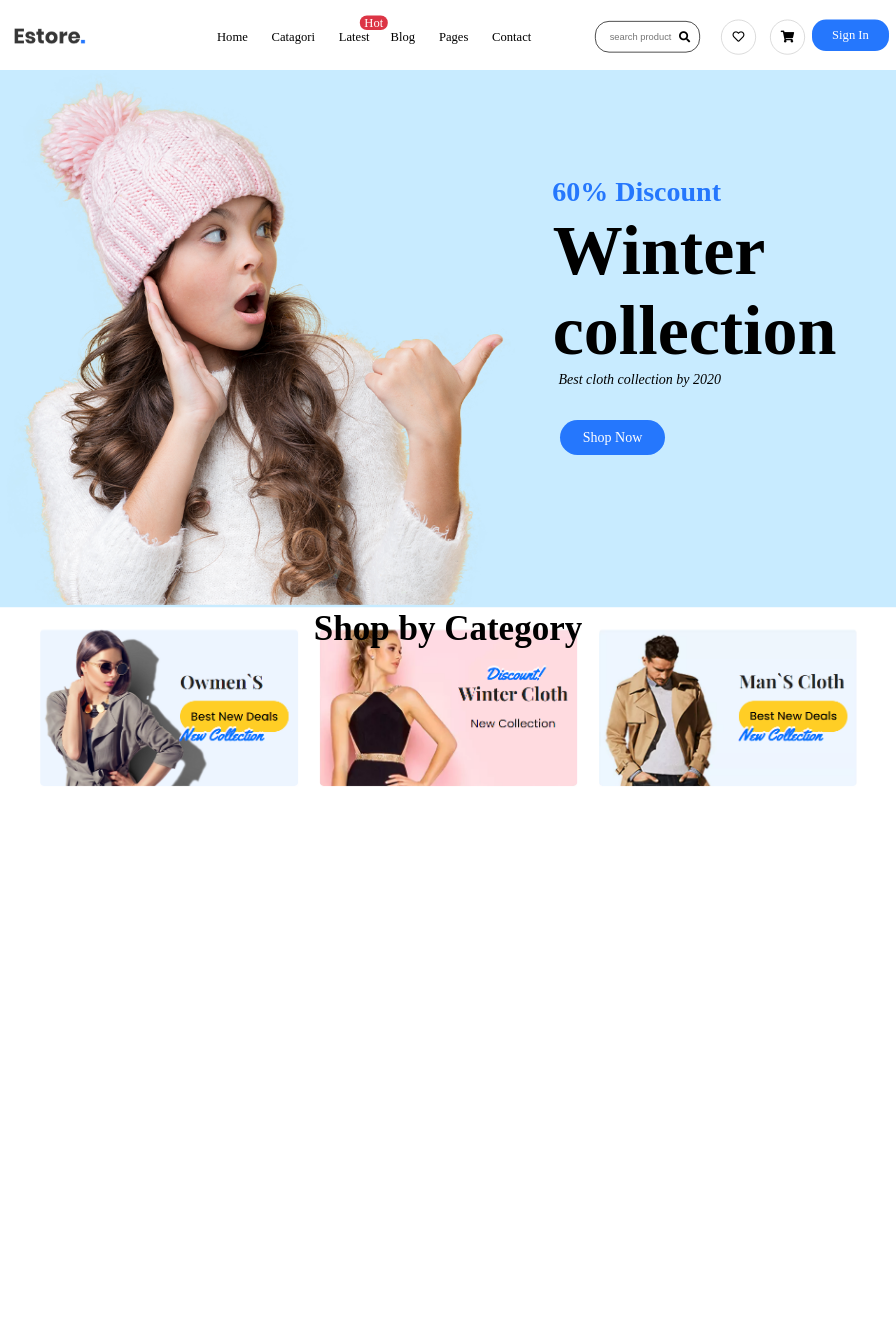
Repository: nhutduy0803/template1
Page: index.html
The author's editor kept a copy of each file at every save. The page is drawn from the files as they stood at one save, then again after the next save.
The browser window is 1280 px wide. The pictures show the part of the page from y = 0 to 1920 px (the page is 3868 px tall before and 3918 px after), at 70% of full size.

Above is the page before, as saved 2021-12-03 20:08:57.

After the next save:
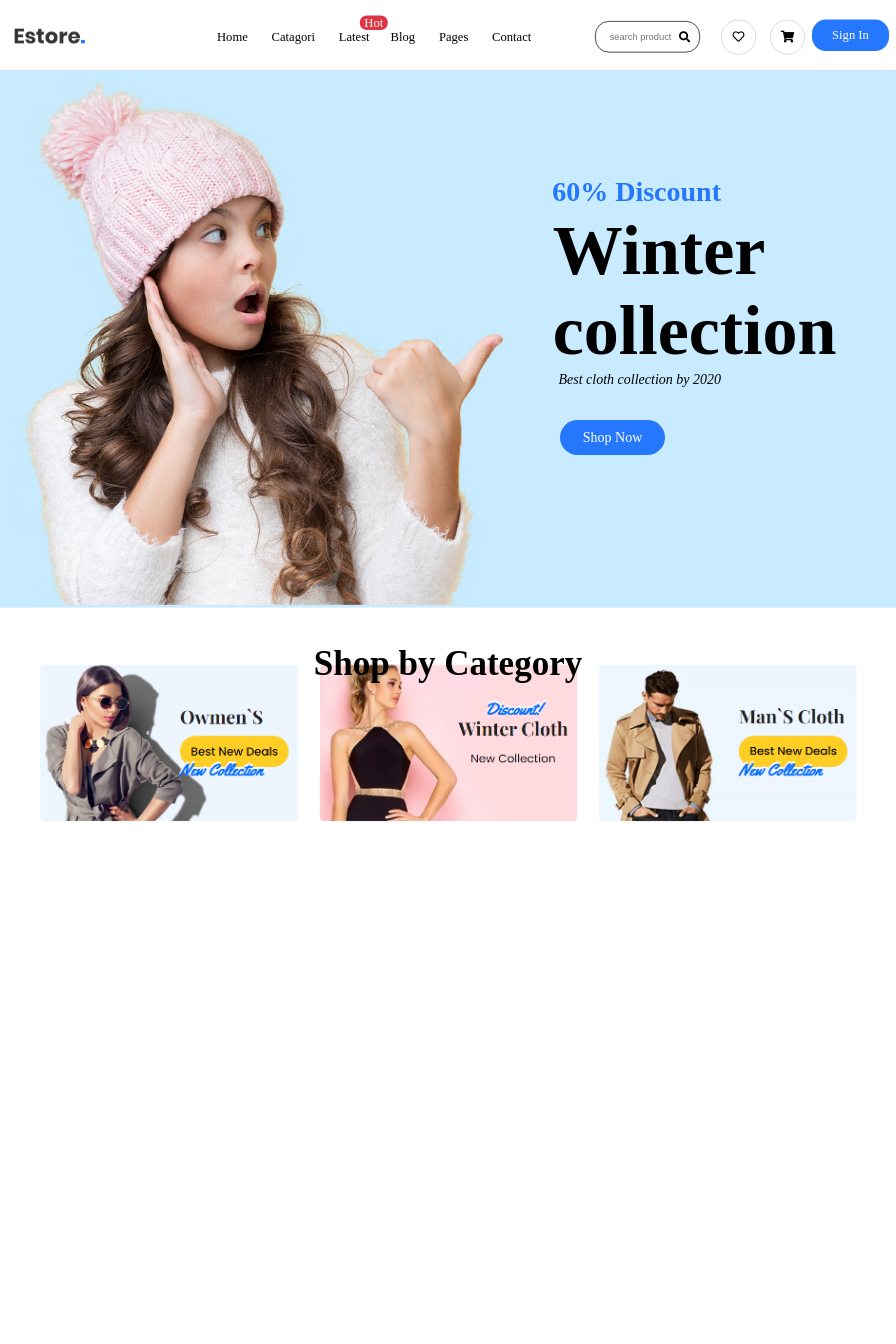
Saved 10 s later.
--- a/assets/css/style.css
+++ b/assets/css/style.css
@@ -299,12 +299,12 @@ html {
   position: absolute;
   transform: translate(-50%);
   left: 50%;
-  margin-bottom: 50px;
 }
 
 .img-content {
   width: 100%;
   height: auto;
+  margin-top: 50px;
 }
 
 .img-content img {
